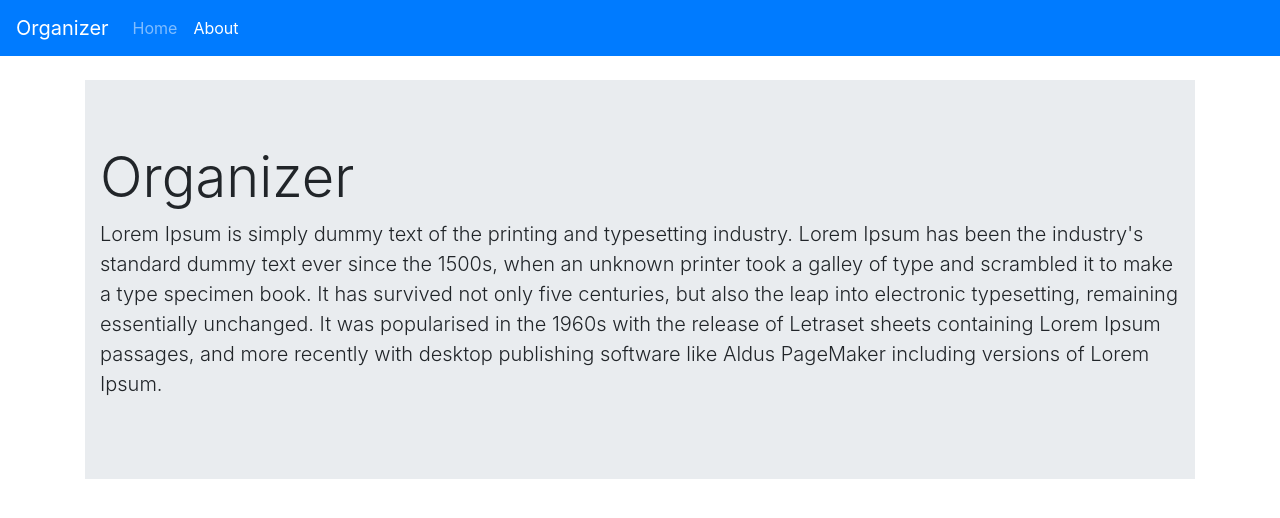
Repository: GregorPiev/orginizer-react-advanced
Page: /about
An editor plug-in stored every save of this project. The page is shown before and after the next save, followed by the edit.
The browser window is 1280 px wide. The pictures show the whole page.
The project was rebuilt for these pictures with package versions that can differ from the ones it lists, and the page was loaded fresh each time. Also part of the build but not shown: src/pages/Home/Home.scss, src/pages/Home/Home.js, src/pages/About/About.scss.

Above is the page before, as saved 2020-08-24 10:38:32.

### src/index.scss
@import "~bootstrap/scss/bootstrap";
body {
	margin: 0;
	font-family: -apple-system, BlinkMacSystemFont, "Segoe UI", "Roboto", "Oxygen",
		"Ubuntu", "Cantarell", "Fira Sans", "Droid Sans", "Helvetica Neue",
		sans-serif;
	-webkit-font-smoothing: antialiased;
	-moz-osx-font-smoothing: grayscale;
}

code {
	font-family: source-code-pro, Menlo, Monaco, Consolas, "Courier New",
		monospace;
}

### src/App.js
import React from 'react';
import { BrowserRouter, Route, Switch } from 'react-router-dom';
import { Home } from './pages/Home/Home';
import { About } from './pages/About/About';
import { Navbar } from './components/Navbar';
function App() {
  return (
    <BrowserRouter>
      <Navbar />
      <div className="container pt-4">
        <Switch>
          <Route path="/" exact component={Home} />
          <Route path="/about" component={About} />
        </Switch>

      </div>
    </BrowserRouter>
  );
}

export default App;

### src/pages/About/About.js
import React, { Fragment } from 'react';
import './About.scss';

export const About = () => (
    <div className="jumbotron jumbotron-fluid">
        <div className="container">
            <h1 className="display-4">Organizer</h1>
            <p className="lead">
                Lorem Ipsum is simply dummy text of the printing and typesetting industry. Lorem Ipsum has been the industry's standard dummy text ever since the 1500s, when an unknown printer took a galley of type and scrambled it to make a type specimen book. It has survived not only five centuries, but also the leap into electronic typesetting, remaining essentially unchanged. It was popularised in the 1960s with the release of Letraset sheets containing Lorem Ipsum passages, and more recently with desktop publishing software like Aldus PageMaker including versions of Lorem Ipsum.
            </p>
        </div>
    </div>
)

### src/components/Navbar.js
import React from 'react';
import { NavLink } from 'react-router-dom';

export const Navbar = () => (
    <nav className="navbar navbar-dark navbar-expand-lg bg-primary">
        <div className="navbar-brand">
            Organizer
        </div>

        <ul className="navbar-nav">
            <li className="nav-item">
                <NavLink
                    className="nav-link"
                    to="/"
                    exact
                >
                    Home
                    </NavLink>
            </li>
            <li className="nav-item">
                <NavLink
                    className="nav-link"
                    to="/about">
                    About
                    </NavLink>
            </li>
        </ul>

    </nav>
)

Loaded but not shown: public/index.html (common file); src/index.js (common file); src/serviceWorker.js (common file)

After the next save:
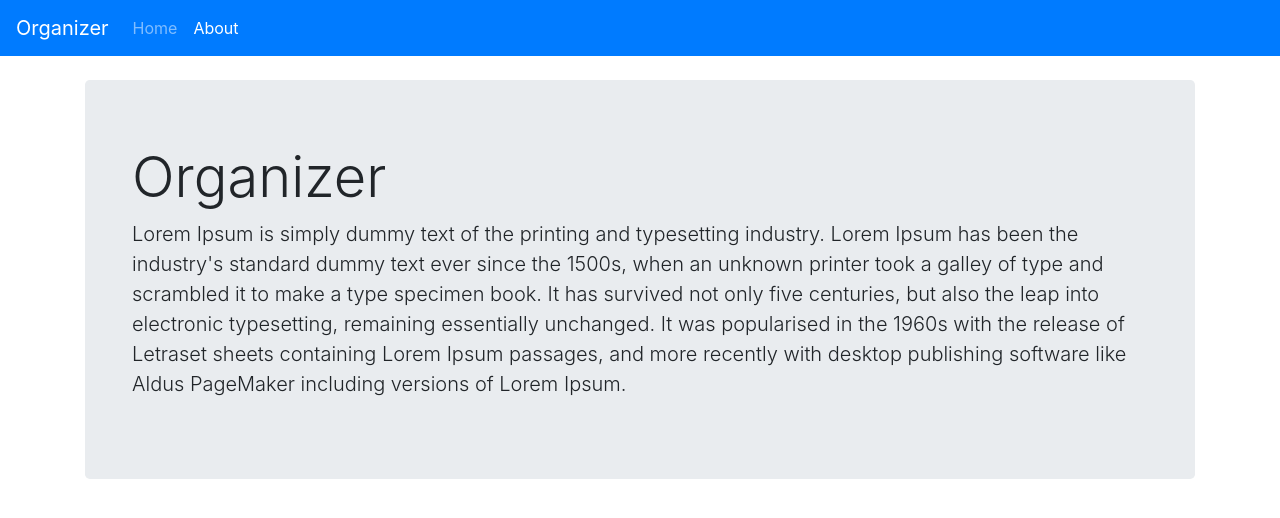
Saved 36 s later.
--- a/src/pages/About/About.js
+++ b/src/pages/About/About.js
@@ -2,7 +2,7 @@ import React, { Fragment } from 'react';
 import './About.scss';
 
 export const About = () => (
-    <div className="jumbotron jumbotron-fluid">
+    <div className="jumbotron">
         <div className="container">
             <h1 className="display-4">Organizer</h1>
             <p className="lead">
